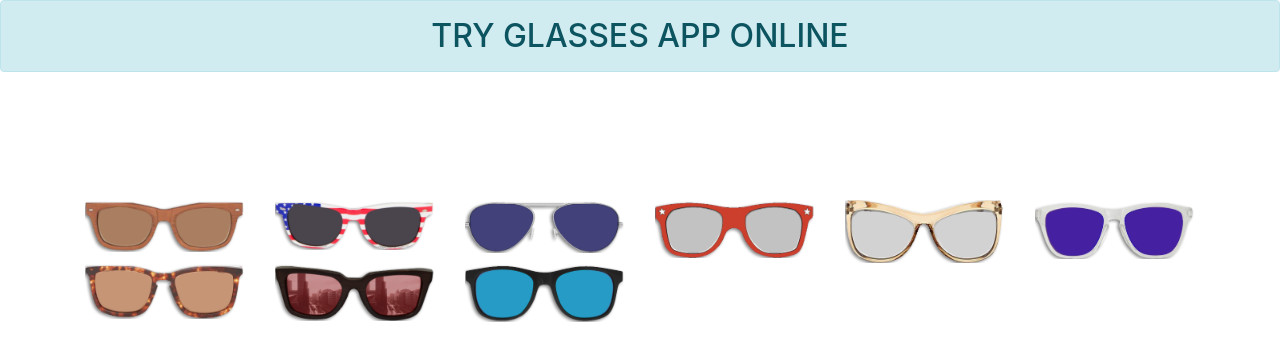
Repository: phongthanhh/ChoseGlass
Page: /
These files come from the project's save history. The page is drawn as it stood at one moment and after the next save; the edit follows.
The browser window is 1280 px wide. The pictures show the whole page.
The project was rebuilt for these pictures with package versions that can differ from the ones it lists, and the page was loaded fresh each time. Also part of the build but not shown: src/ChoseGlass/Model.jsx.

Above is the page before, as saved 2022-12-26 15:07:43.

After the next save:
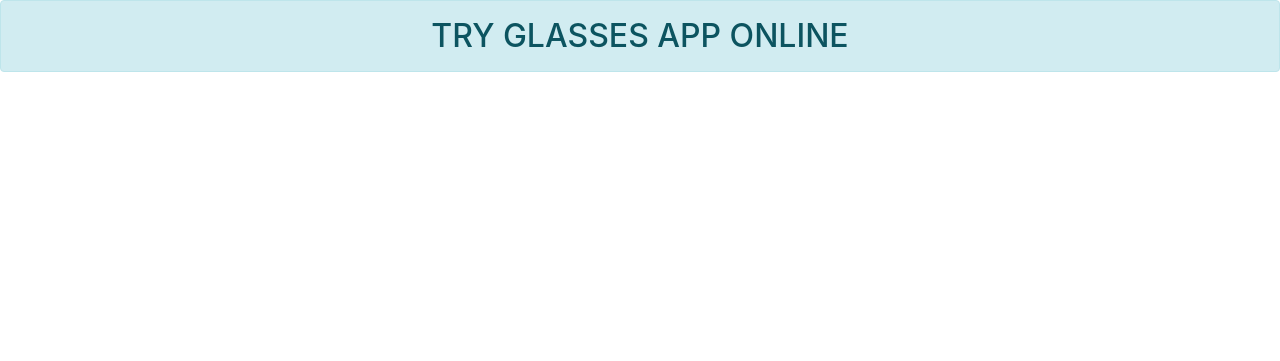
Saved 16 s later.
--- a/src/ChoseGlass/BTGlass.jsx
+++ b/src/ChoseGlass/BTGlass.jsx
@@ -100,9 +100,7 @@
                             {/* <Model selectedGlasses={this.state.selectedGlasses} /> */}
                         </div>
                         {/* <GlassList listGlass={this.state.listGlass} /> */}
-                        <div className="row py-3 glassList">
-                            {this.renderListGlass()}
-                        </div>
+
                     </div>
                 </section>
             </div>

After the 3 saves that followed:
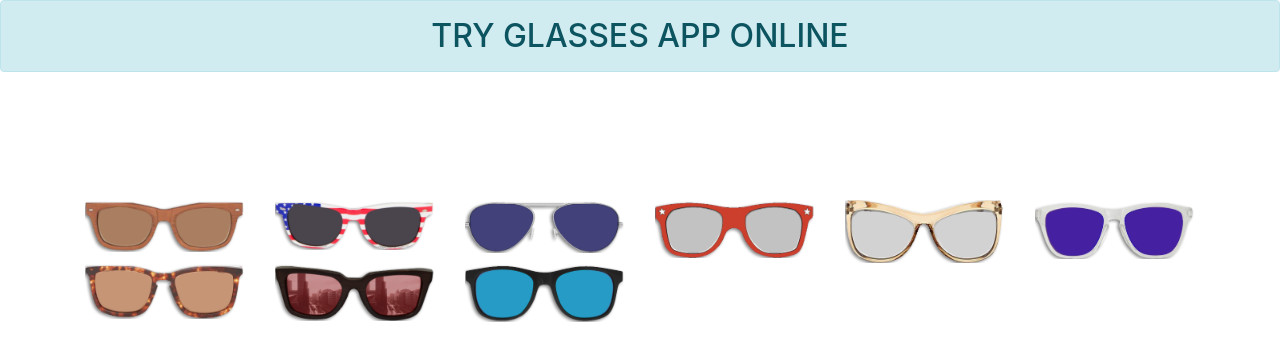
The 3 saves are shown as one change because 1 did not build or start and 1 left the picture as it was.
The last was saved 33 s later.
--- a/src/ChoseGlass/BTGlass.jsx
+++ b/src/ChoseGlass/BTGlass.jsx
@@ -80,15 +80,7 @@
         })
     }
 
-    renderListGlass = () => {
-        return this.listGlass.map(glass => {
-            return (
-                <div className="col-2 glassItem" key={glass.id} >
-                    <img style={{ width: '100%' }} src={glass.url} alt="" />
-                </div>
-            )
-        })
-    }
+
 
     render() {
         return (
@@ -99,7 +91,7 @@
                         <div className="row py-5">
                             {/* <Model selectedGlasses={this.state.selectedGlasses} /> */}
                         </div>
-                        {/* <GlassList listGlass={this.state.listGlass} /> */}
+                        <GlassList listGlass={this.listGlass} />
 
                     </div>
                 </section>
--- a/src/ChoseGlass/GlassList.jsx
+++ b/src/ChoseGlass/GlassList.jsx
@@ -6,7 +6,7 @@
     renderListGlass = () => {
         return this.props.listGlass.map(glass => {
             return (
-                <div className="col-2 glassItem">
+                <div className="col-2 glassItem" key={glass.id} >
                     <img style={{ width: '100%' }} src={glass.url} alt="" />
                 </div>
             )
